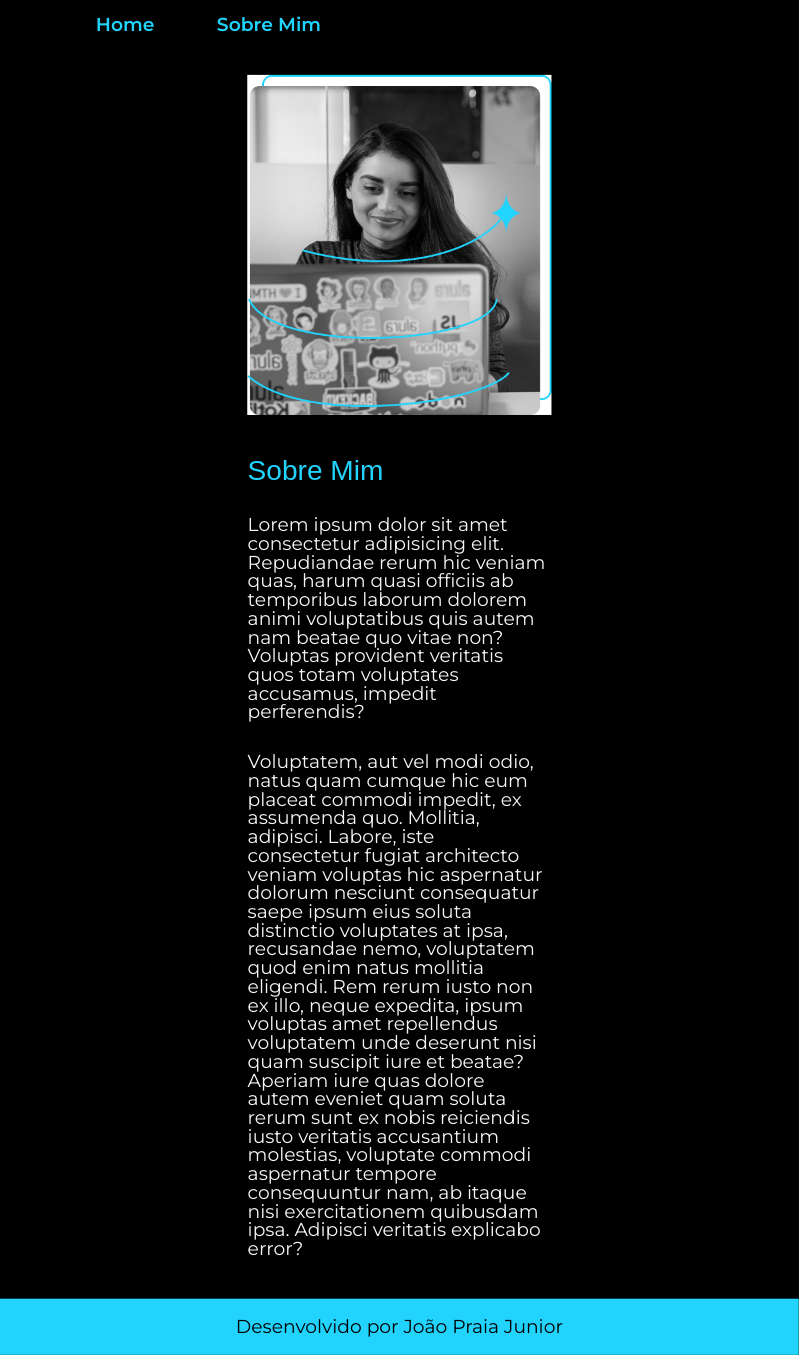
Repository: joaoPraiaJunior/html-basico
Page: about.html
An editor plug-in stored every save of this project. The page is shown before and after the next save, followed by the edit.
The browser window is 1024 px wide. The pictures show the whole page, at 78% of full size.
Some web fonts or font styles are not loaded; a fallback is used. Some web libraries are served in a nearby version.

Above is the page before, as saved 2024-06-08 16:34:05.

### about.html
<!DOCTYPE html>
<html lang="pt-BR" dir="ltr">
  <head>
    <meta charset="UTF-8" />
    <meta http-equiv="X-UA-Compatible" content="IE=edge" />
    <meta name="viewport" content="width=device-width, initial-scale=1.0" />
    <title>Sobre Mim</title>
    <link rel="stylesheet" href="css/reset.css" />
    <link rel="stylesheet" href="css/style.css" />
  </head>
  <body>
    <header class="cabecalho">
      <nav class="cabecalho__menu">
        <a class="cabecalho__link" href="index.html">Home</a>
        <a class="cabecalho__link" href="about.html">Sobre Mim</a>
      </nav>
    </header>

    <main class="apresentacao">
      <section class="apresentacao__conteudo">
        <h1 class="apresentacao__titulo">Sobre Mim</h1>
        <p class="apresentacao__texto">
          Lorem ipsum dolor sit amet consectetur adipisicing elit. Repudiandae
          rerum hic veniam quas, harum quasi officiis ab temporibus laborum
          dolorem animi voluptatibus quis autem nam beatae quo vitae non?
          Voluptas provident veritatis quos totam voluptates accusamus, impedit
          perferendis?
        </p>
        <p class="apresentacao__texto">
          Voluptatem, aut vel modi odio, natus quam cumque hic eum placeat
          commodi impedit, ex assumenda quo. Mollitia, adipisci. Labore, iste
          consectetur fugiat architecto veniam voluptas hic aspernatur dolorum
          nesciunt consequatur saepe ipsum eius soluta distinctio voluptates at
          ipsa, recusandae nemo, voluptatem quod enim natus mollitia eligendi.
          Rem rerum iusto non ex illo, neque expedita, ipsum voluptas amet
          repellendus voluptatem unde deserunt nisi quam suscipit iure et
          beatae? Aperiam iure quas dolore autem eveniet quam soluta rerum sunt
          ex nobis reiciendis iusto veritatis accusantium molestias, voluptate
          commodi aspernatur tempore consequuntur nam, ab itaque nisi
          exercitationem quibusdam ipsa. Adipisci veritatis explicabo error?
        </p>
      </section>
      <section class="apresentacao__imagem">
        <img src="images/Imagem.jpg" alt="foto da joana santos programando!" />
      </section>
    </main>

    <footer class="rodape"><p>Desenvolvido por João Praia Junior</p></footer>
  </body>
  <script
    src="https://kit.fontawesome.com/c4ee7a6e8c.js"
    crossorigin="anonymous"
  ></script>
</html>

### css/reset.css
/* http://meyerweb.com/eric/tools/css/reset/
   v2.0 | 20110126
   License: none (public domain)
*/

* {
    box-sizing: border-box;
}

html, body, div, span, applet, object, iframe,
h1, h2, h3, h4, h5, h6, p, blockquote, pre,
a, abbr, acronym, address, big, cite, code,
del, dfn, em, img, ins, kbd, q, s, samp,
small, strike, strong, sub, sup, tt, var,
b, u, i, center,
dl, dt, dd, ol, ul, li,
fieldset, form, label, legend,
table, caption, tbody, tfoot, thead, tr, th, td,
article, aside, canvas, details, embed,
figure, figcaption, footer, header, hgroup,
menu, nav, output, ruby, section, summary,
time, mark, audio, video {
	margin: 0;
	padding: 0;
	border: 0;
	font: inherit;
	vertical-align: baseline;
}
/* HTML5 display-role reset for older browsers */
article, aside, details, figcaption, figure,
footer, header, hgroup, menu, nav, section {
	display: block;
}
body {
	line-height: 1;
}
ol, ul {
	list-style: none;
}
blockquote, q {
	quotes: none;
}
blockquote:before, blockquote:after,
q:before, q:after {
	content: '';
	content: none;
}
table {
	border-collapse: collapse;
	border-spacing: 0;
}

### css/style.css
@import url('https://fonts.googleapis.com/css2?family=Krona+One&family=Montserrat:wght@400;600&display=swap');

:root {
  --cor-primaria: #000;
  --cor-secundaria: #f6f6f6;
  --cor-terciaria: #22d4fd;
  --cor-hover: #272727;

  --fonte-primaria: 'Krona One', sans-serif;
  --font-secundaria: 'Montserrat', sans-serif;
}

html {
  font-size: 62.5%;
}

body {
  color: var(--cor-secundaria);
  background-color: var(--cor-primaria);
  font-size: 1.6rem;
}

.cabecalho {
  padding: 2% 0 0 12%;
}

.cabecalho__menu {
  display: flex;
  column-gap: 80px;
}

.cabecalho__link {
  font-family: 'Montserrat', sans-serif;
  font-size: 2.4rem;
  font-weight: 600;
  text-decoration: none;
  color: var(--cor-terciaria);
}

.apresentacao {
  padding: 5% 12%;
  display: flex;
  justify-content: space-between;
  align-items: center;
  column-gap: 32px;
}

.apresentacao__conteudo {
  display:flex;
  flex-direction: column;
  gap: 40px;
  width: 50%;
}

.apresentacao__titulo {
  color: var(--cor-terciaria);
  font-family: var(--fonte-primaria);
  font-size: 3.6rem;
}

.apresentacao__subtitulo{
  font-family: var(--fonte-primaria);
  font-size: 2.4rem;
  font-weight: 400;
}

.apresentacao__texto {
  font-family: var(--font-secundaria);
  font-size: 2.4rem;
}

.apresentacao__links {
  display: flex;
  flex-direction: column;
  justify-content: space-between;
  align-items: center;
  row-gap: 32px;
}

.apresentacao__link {
  display:flex;
  justify-content: center;
  column-gap: 8px;
  color: var(--cor-primaria);
  background-color: var(--cor-terciaria);
  font-family: var(--font-secundaria);
  font-size: 2.4rem;
  font-weight: 600;
  padding: 21.5px 0;
  width: 50%;
  border-radius: 8px;
  text-align: center;
  text-decoration: none;
}

.apresentacao__link--transparente {
  color: var(--cor-secundaria);
  background-color: transparent;
  border: 2px solid var(--cor-terciaria);
  transition: all .5s ease-in-out;
}

.apresentacao__link--transparente:hover {
  background-color: var(--cor-hover)
}

.apresentacao__link--transparente .fa-brands {
  transition: color .5s ease-in-out;
}

.apresentacao__link--transparente:hover .fa-brands {
  color: var(--cor-terciaria);
}

.apresentacao__imagem {
  width: 50%;
}

.apresentacao__imagem img {
  max-width: 100%;
}

.rodape {
  font-family: var(--font-secundaria);
  font-size: 2.4rem;
  font-weight: 400;
  color: var(--cor-primaria);
  background-color: var(--cor-terciaria);
  padding: 24px;
  text-align: center;
}

@media (max-width: 1200px) {
  .apresentacao {
    flex-direction: column-reverse;
    row-gap: 50px;
  }
}

After the next save:
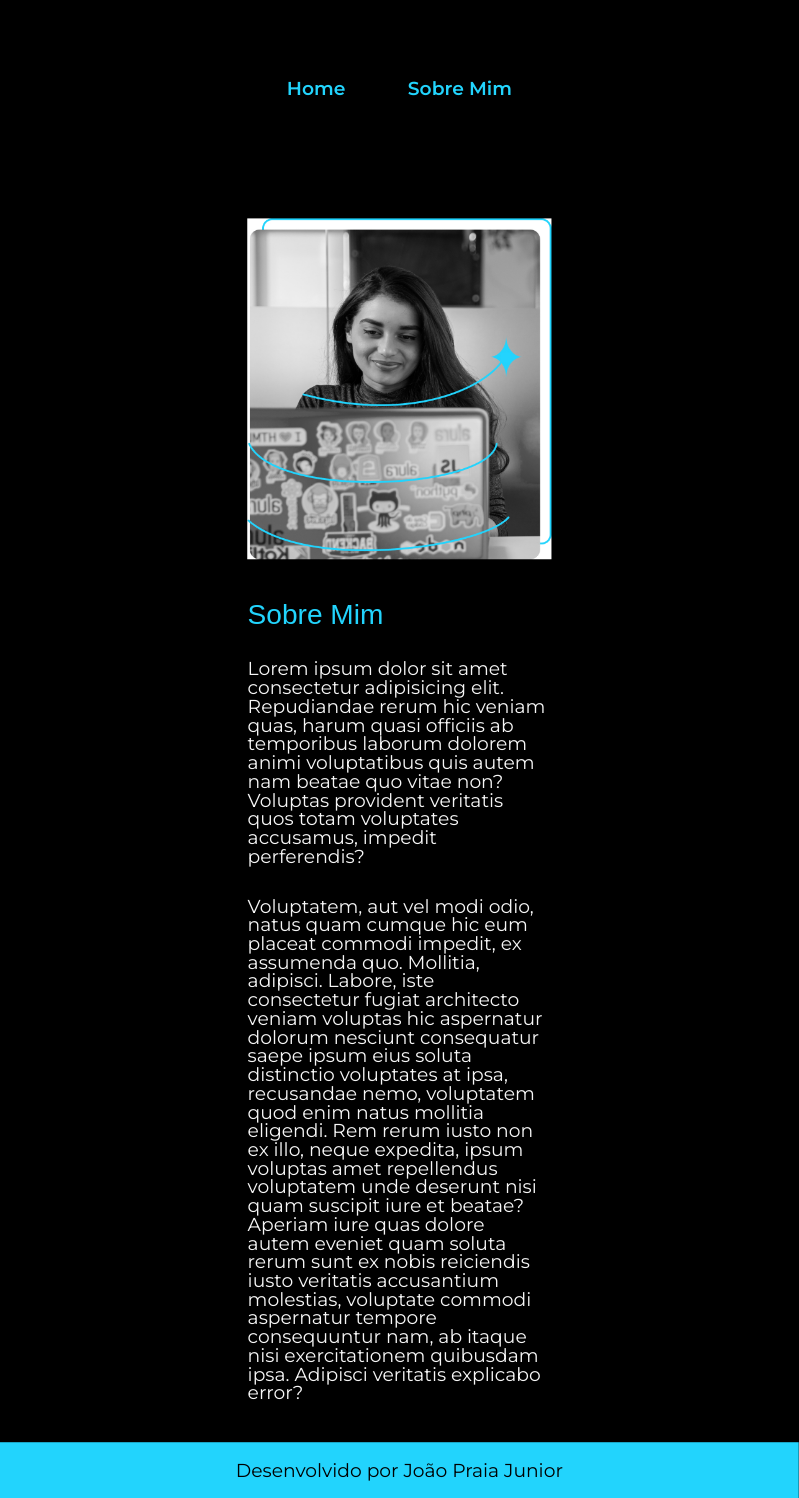
Saved 5 min 57 s later.
--- a/css/style.css
+++ b/css/style.css
@@ -1,4 +1,4 @@
-@import url('https://fonts.googleapis.com/css2?family=Krona+One&family=Montserrat:wght@400;600&display=swap');
+@import url("https://fonts.googleapis.com/css2?family=Krona+One&family=Montserrat:wght@400;600&display=swap");
 
 :root {
   --cor-primaria: #000;
@@ -6,8 +6,8 @@
   --cor-terciaria: #22d4fd;
   --cor-hover: #272727;
 
-  --fonte-primaria: 'Krona One', sans-serif;
-  --font-secundaria: 'Montserrat', sans-serif;
+  --fonte-primaria: "Krona One", sans-serif;
+  --font-secundaria: "Montserrat", sans-serif;
 }
 
 html {
@@ -30,7 +30,7 @@
 }
 
 .cabecalho__link {
-  font-family: 'Montserrat', sans-serif;
+  font-family: "Montserrat", sans-serif;
   font-size: 2.4rem;
   font-weight: 600;
   text-decoration: none;
@@ -46,7 +46,7 @@
 }
 
 .apresentacao__conteudo {
-  display:flex;
+  display: flex;
   flex-direction: column;
   gap: 40px;
   width: 50%;
@@ -58,7 +58,7 @@
   font-size: 3.6rem;
 }
 
-.apresentacao__subtitulo{
+.apresentacao__subtitulo {
   font-family: var(--fonte-primaria);
   font-size: 2.4rem;
   font-weight: 400;
@@ -78,7 +78,7 @@
 }
 
 .apresentacao__link {
-  display:flex;
+  display: flex;
   justify-content: center;
   column-gap: 8px;
   color: var(--cor-primaria);
@@ -97,15 +97,15 @@
   color: var(--cor-secundaria);
   background-color: transparent;
   border: 2px solid var(--cor-terciaria);
-  transition: all .5s ease-in-out;
+  transition: all 0.5s ease-in-out;
 }
 
 .apresentacao__link--transparente:hover {
-  background-color: var(--cor-hover)
+  background-color: var(--cor-hover);
 }
 
 .apresentacao__link--transparente .fa-brands {
-  transition: color .5s ease-in-out;
+  transition: color 0.5s ease-in-out;
 }
 
 .apresentacao__link--transparente:hover .fa-brands {
@@ -131,6 +131,13 @@
 }
 
 @media (max-width: 1200px) {
+  .cabecalho {
+    padding: 10%;
+  }
+
+  .cabecalho__menu {
+    justify-content: center;
+  }
   .apresentacao {
     flex-direction: column-reverse;
     row-gap: 50px;
